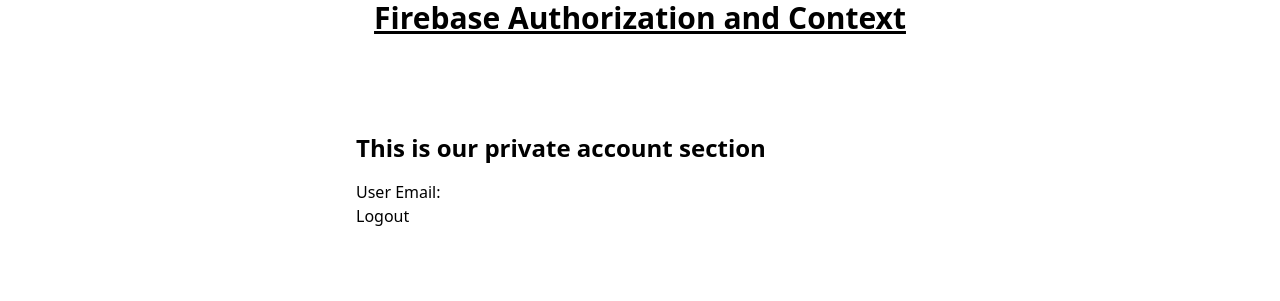
Repository: mottad14/practice_google_firebase
Page: /account
These files come from the project's save history. The page is drawn as it stood at one moment and after the next save; the edit follows.
The browser window is 1280 px wide. The pictures show the whole page.
The project was rebuilt for these pictures with package versions that can differ from the ones it lists, and the page was loaded fresh each time. Also part of the build but not shown: src/components/Signin.jsx, src/components/Signup.jsx.

Above is the page before, as saved 2022-07-27 09:36:17.

### src/index.js
import React from 'react';
import ReactDOM from 'react-dom/client';
import './index.css';
import App from './App';
import {BrowserRouter} from "react-router-dom"

const root = ReactDOM.createRoot(document.getElementById('root'))
root.render(
  <BrowserRouter>
    <App/>
  </BrowserRouter>);

### src/App.js
import React from "react";
import Signin from "./components/Signin";
import Signup from "./components/Signup";
import Account from "./components/Account"
import { Route, Routes } from "react-router-dom";

function App() {
  return (
    <div className="App">
          <h1 className="text-3xl text-center font-bold underline">
            Firebase Authorization and Context
            </h1>
            <Routes>
              <Route path="/" element={<Signin/>}  />
              <Route path="/signup" element={<Signup/>}  />
              <Route path="/account" element={<Account/>}  />
            </Routes>
    </div>
  );
}

export default App;

### src/components/Account.jsx
import React from 'react'

const Account = () => {
  return (
    <div className='max-w-[600px] mx-auto my-16 p-4'>
      <h1 className='text-2xl font-bold py-4'>This is our private account section</h1>
      <p>User Email:</p>

      <button> Logout</button>
      </div>
  )
}

export default Account

### tailwind.config.js
/** @type {import('tailwindcss').Config} */
module.exports = {
  content: [
    "./src/**/*.{js,jsx,ts,tsx}",
],
  theme: {
    extend: {},
  },
  plugins: [],
}

Loaded but not shown: public/index.html (common file); src/index.css (common file)

After the next save:
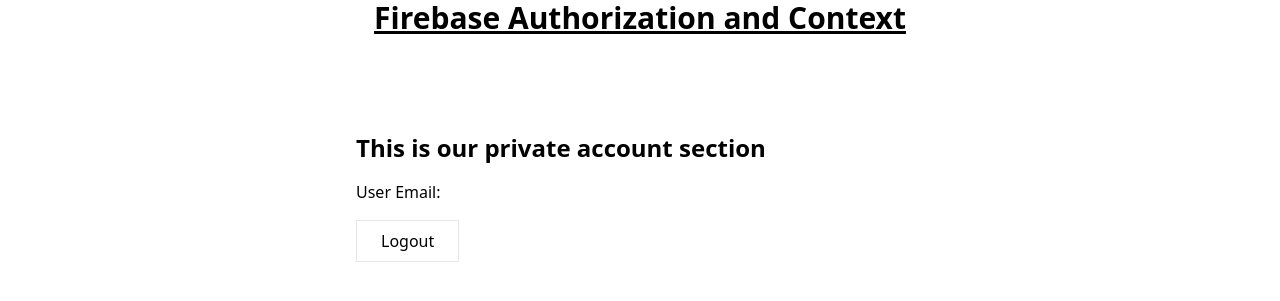
Saved 13 s later.
--- a/src/components/Account.jsx
+++ b/src/components/Account.jsx
@@ -6,7 +6,7 @@
       <h1 className='text-2xl font-bold py-4'>This is our private account section</h1>
       <p>User Email:</p>
 
-      <button> Logout</button>
+      <button className='border px-6 py-2 my-4'> Logout</button>
       </div>
   )
 }
